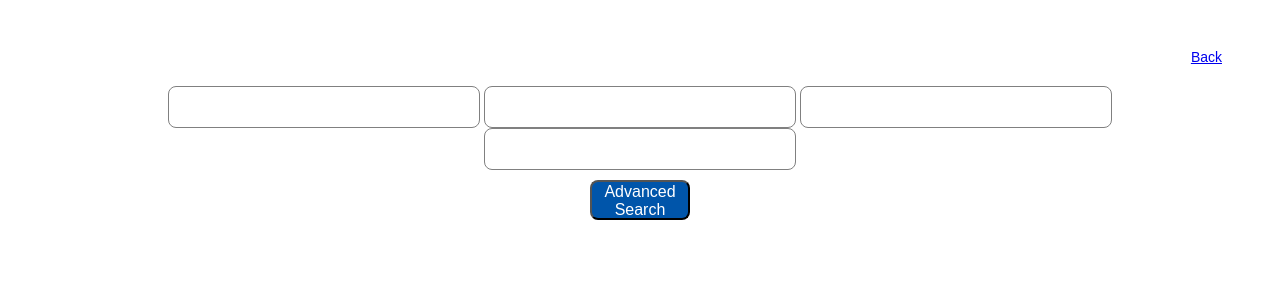
Repository: lyutok/cs50-search-project
Page: advanced.html
An editor plug-in stored every save of this project. The page is shown before and after the next save, followed by the edit.
The browser window is 1280 px wide. The pictures show the whole page.
The style sheet was rebuilt from its Sass, Less or Tailwind sources for each picture, by a compiler version that may differ from the author's.

Above is the page before, as saved 2025-07-07 12:07:43.

After the next save:
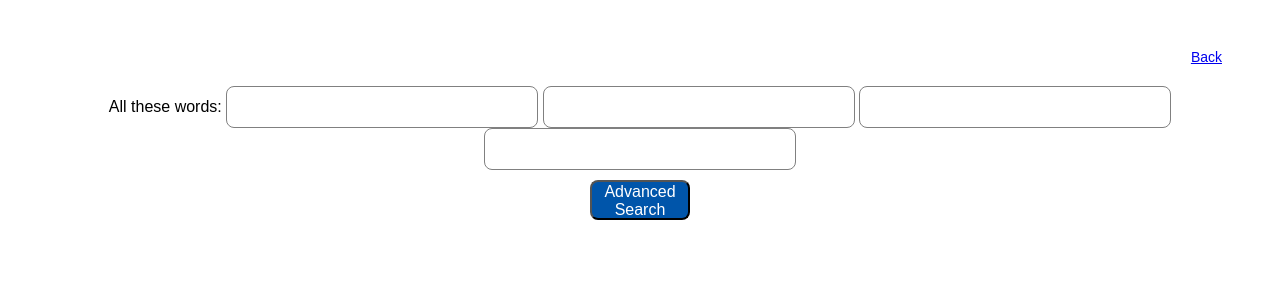
Saved 2 min 23 s later.
--- a/advanced.html
+++ b/advanced.html
@@ -10,7 +10,8 @@
         <a href="google.html">Back</a>
     </div>
     <form action="https://www.google.com/search">
-        <input type="text" name="all these words:">
+        <label for="all-words">All these words:</label>
+        <input type="text" id="all-words" name="as_q">
         <input type="text" name="this exact word or phrase:">
         <input type="text" name="any of these words:">
         <input type="text" name="none of these words:">
